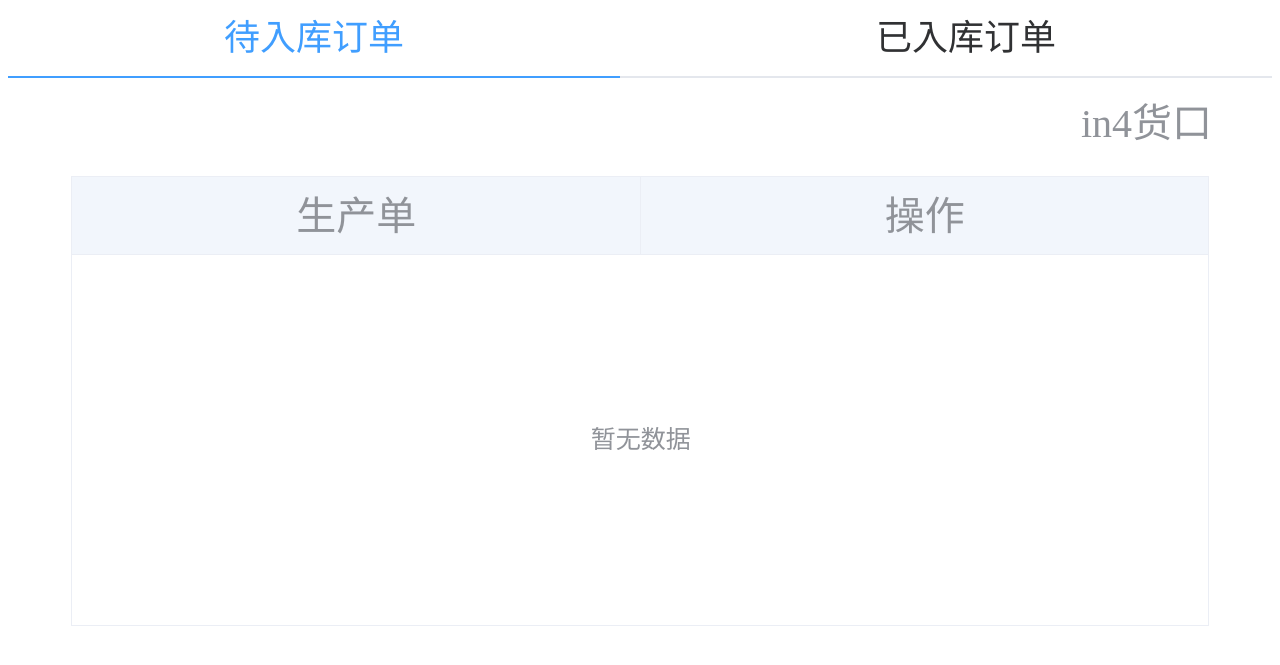
Repository: yaesass/yaesass
Page: / (app in scancode/)
An editor plug-in stored every save of this project. The page is shown before and after the next save, followed by the edit.
The browser window is 1280 px wide. The pictures show the whole page.
The project was rebuilt for these pictures with package versions that can differ from the ones it lists, and the page was loaded fresh each time. Also part of the build but not shown: scancode/vue.config.js.

Above is the page before, as saved 2022-06-29 16:55:36.

After the next save:
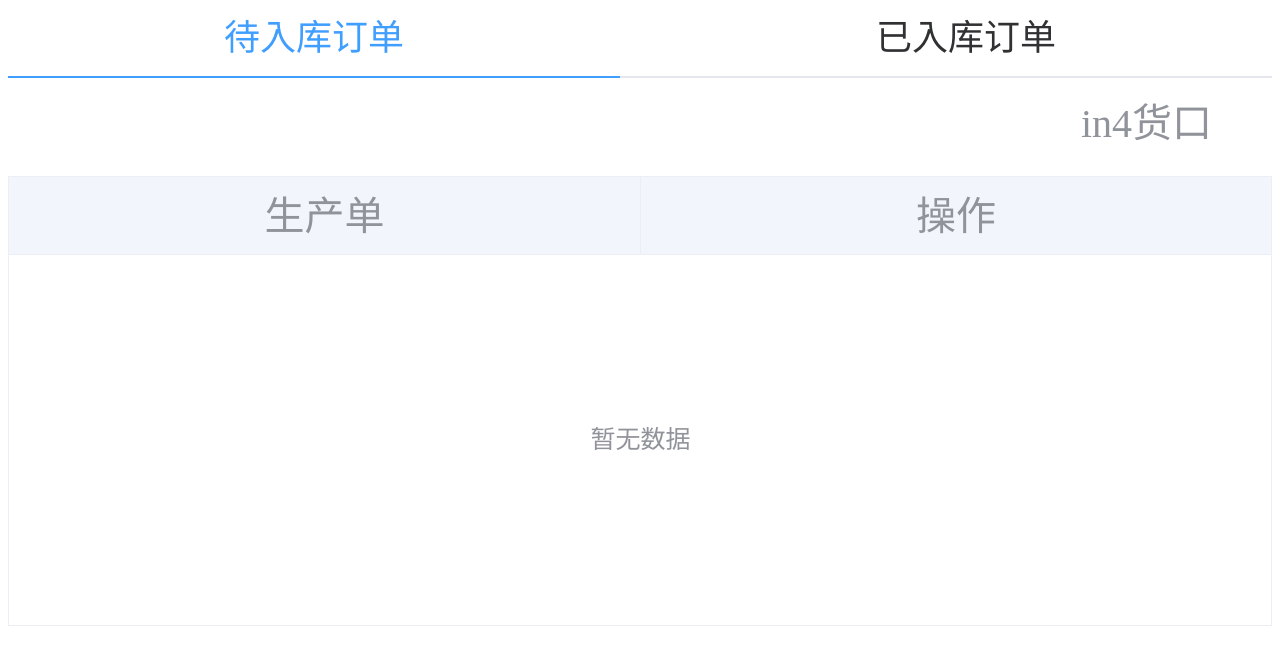
Saved 6 s later.
--- a/scancode/src/views/InStock.vue
+++ b/scancode/src/views/InStock.vue
@@ -13,7 +13,7 @@
           color: '#909399',
           fontSize: '40px',
         }"
-        style="width:90%; margin: 40px auto; font-size: 25px"
+        style="width:100%; margin: 40px auto; font-size: 25px"
         :cell-style="totalcellcolor"
         height="450"
         :row-style="{ height: '48px' }"
